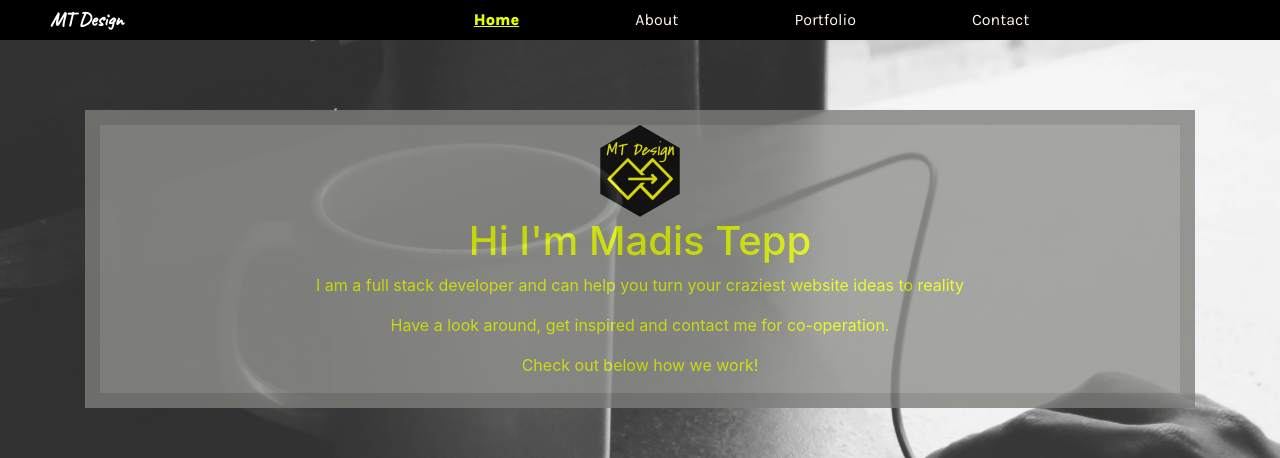
Repository: teppm/personal-portfolio
Page: index.html
The author's editor kept a record of every edit. The page is drawn from the files as they stood at one moment, then again after the next edit.
The browser window is 1280 px wide. The pictures show the part of the page from y = 0 to 458 px (the page is 1022 px tall before and 1052 px after).
Pictures or frames that could not be fetched are drawn as grey boxes. Some web libraries are served in a nearby version.

Above is the page before.

### index.html
<!DOCTYPE html>
<html lang="en">

<head>
    <meta charset="UTF-8">
    <meta name="viewport" content="width=device-width, initial-scale=1.0, shrink-to-fit=no">
    <meta http-equiv="X-UA-Compatible" content="ie=edge">
    <meta name="keywords" content="web, developer, portfolio, full stack, programmer">
    <meta name="author" content="Madis Tepp">
    <meta name="description" content="Web developer portfolio">
    <link rel="stylesheet " href="https://stackpath.bootstrapcdn.com/bootstrap/4.3.1/css/bootstrap.min.css" integrity="sha384-ggOyR0iXCbMQv3Xipma34MD+dH/1fQ784/j6cY/iJTQUOhcWr7x9JvoRxT2MZw1T" crossorigin="anonymous">
    <link href="https://fonts.googleapis.com/css?family=Karla:200,200i,400,400i,700,700i,800,800i&display=swap" rel="stylesheet">
    <link href="https://fonts.googleapis.com/css?family=Caveat&display=swap" rel="stylesheet">
    <link rel="stylesheet" href="assets/css/style.css" type="text/css"/>
    <title>Madis Tepp</title>
</head>


<body>

<!--navbar-->

<nav class="navbar navbar-expand-lg fixed-top navbar-dark">
    <a class="navbar-brand" href="index.html">MT Design</a>
    <button class="navbar-toggler" type="button" data-toggle="collapse" data-target="#navbarSupportedContent" aria-controls="navbarSupportedContent" aria-expanded="false" aria-label="Toggle navigation">
    <span class="navbar-toggler-icon"></span>
    </button>

    <div class="collapse navbar-collapse" id="navbarSupportedContent">
        <ul class="navbar-nav mx-auto">
            <li class="nav-item  active">
                <a class="nav-link" href="index.html">Home<span class="sr-only">(current)</span></a>
            </li>
            <li class="nav-item ">
                <a class="nav-link" href="aboutme.html">About</a>
            </li>
            <li class="nav-item">
                <a class="nav-link" href="portfolio.html">Portfolio</a>
            </li>
            <li class="nav-item">
                <a class="nav-link" href="contact.html">Contact</a>
            </li>
        </ul>
    </div>
</nav>

<!--navbar end-->

<!--page content, intro text + intro video-->

<section>
    <div class="container">
        <div class="row">
            <div class="col index-text-style">
                <img src="assets/images/LogoMakr_99dxlu.png"></img>
                <h1 class="index-text">Hi I'm Madis Tepp</h1>
                <p>I am a full stack developer and can help you turn your craziest website ideas to reality</p>
                <p>Have a look around, get inspired and contact me for co-operation.</p>
                <p>Check out below how we work!</p>
            </div>
        </div>
    </div>
</section>

<section>
    <row class="justify-content-center">
    <div class="embed-responsive embed-responsive-16by9 container">
    <iframe class="embed-responsive-item"  src="https://www.youtube.com/embed/pXtN4y3O35M" allow="accelerometer; autoplay; encrypted-media; gyroscope; picture-in-picture" allowfullscreen></iframe>
    </div>
    </row>
</section>



<!--page content, intro text + intro video end-->








<!--footer section starts here-->


    <footer class="footer fixed-bottom container-fluid">
        <a href="https://www.facebook.com/madis.tepp" target="_blank" title="Visit my Facebook pages"><i class="fab fa-facebook social-links"></i></a>
        <span class="sr-only ">Facebook</span>
        <a href="https://www.instagram.com/teppm/" target="_blank" title="Visit my Instagram account"><i class="fab fa-instagram social-links"></i></a>
        <span class="sr-only ">Instagram</span>
        <a href="https://www.linkedin.com/in/madis-tepp-1a0283b1/" target="_blank" title="Visit my Linkedin account"><i class="fab fa-linkedin social-links"></i></a>
        <span class="sr-only ">Linkedin</span>
        <a href="https://github.com/teppm " target="_blank" title="Visit my GitHub account"><i class="fab fa-github social-links"></i></a>
        <span class="sr-only ">GitHub</span>
        <a href="assets/images/Madis_Tepp_CV_2019.docx" target="_blank" title="Download my resume"><i class="fas fa-file-download social-links"></i></a>
        <span class="sr-only">Resume</span>
    </footer>


<!--footer section ends-->


<!--scrips-->

    <script src="https://code.jquery.com/jquery-3.2.1.slim.min.js" integrity="sha384-KJ3o2DKtIkvYIK3UENzmM7KCkRr/rE9/Qpg6aAZGJwFDMVNA/GpGFF93hXpG5KkN" crossorigin="anonymous"></script>
    <script src="https://cdnjs.cloudflare.com/ajax/libs/popper.js/1.12.9/umd/popper.min.js" integrity="sha384-ApNbgh9B+Y1QKtv3Rn7W3mgPxhU9K/ScQsAP7hUibX39j7fakFPskvXusvfa0b4Q" crossorigin="anonymous"></script>
    <script src="https://maxcdn.bootstrapcdn.com/bootstrap/4.0.0/js/bootstrap.min.js" integrity="sha384-JZR6Spejh4U02d8jOt6vLEHfe/JQGiRRSQQxSfFWpi1MquVdAyjUar5+76PVCmYl" crossorigin="anonymous"></script>
    <script src="https://kit.fontawesome.com/adecd2bab8.js"></script>
</body>
</html>

### assets/css/style.css
/*----------------------------html*/

html {
    background-image: url("../images/rayi-christian-wicaksono-6PF6DaiWz48-unsplash.jpg");
    background-repeat: no-repeat;
    background-color: black;
    background-size: cover;
    min-width: 100%;
    min-height: 100%;
    overflow-y: auto;



}

/*---------------------------------body*/

body {

    background-color: transparent;
    padding-bottom: 60px;
    padding-top: 60px;
}


/*---------------------------------navbar*/

.navbar {
    font-family: "Karla", sans-serif;
    font-weight: bolder;
    color: #FEF6EA;
    padding: 0px;
}



.navbar-dark .navbar-nav .nav-link {
    color: #FEF6EA;
    font-weight: normal;
}

.navbar-dark .navbar-nav .nav-link:hover {
    color: #E8FF00;
}

.navbar-dark .navbar-nav .active>.nav-link {
    color: #E8FF00;
    font-weight: bolder;
    text-decoration: underline;

}

.navbar-dark>.navbar-brand {
    background-color: #000000;
    margin-right: 50px;
    padding-right: 50px;
    padding-left: 50px;
    color: #E8FF00;
    font-family: "Caveat", cursive;

}

.nav-link {
    margin: 0px 50px 0px 50px;
}
.navbar.navbar-expand-lg.fixed-top.navbar-dark {
    background-color: #000000;
}


/*----------------------------------index.html page content*/

.index-text-style {
    color: #E8FF00;
    text-align: center;
    background-color: #91918E;
    opacity: 0.8;
    border: 15px solid #7D7D7A;
    margin: 0px 15px 0px 15px;
}

.embed-responsive {
    width: 70%;
    opacity: 0.9;
}

.logo {
    padding: 15px;
}


/*--------------------------------------about.html page content*/

.about,
.skills,
.work-history {
    background-color: #91918E;
    border: 15px solid #7D7D7A;
    padding-bottom: 25px;
    padding-top: 25px;
    opacity: 0.8;
    margin: 0px 15px 0px 15px;
    color: #E8FF00;




}

.about-image {
    width: 100%;
    height: 100%;
    border: 15px solid #7D7D7A;



}

.about-image-container {
    padding-left: 0px;
    padding-right: 0px;
    margin: 0px 15px 0px 15px;

}



.work-history-style {
    padding-left: 0px;
}

.about-me-p {
    margin: 0px;
    font-size: small;
    text-align: left;
    color: #E8FF00;

}

.progress {
    background-color: #E8FF00;
}

.progress-bar {
    background-color: #000000;
}

h4 {
    text-decoration: underline;
}

h6 {
    margin-top: 10px;
    margin-bottom: 0px;
}

/*---------------------------------portfolio page content*/

.works-done {
    background-color: #91918E;
    border: 15px solid #7D7D7A;
    opacity: 0.8;
    font-size: small;
    padding-bottom: 70px;
    margin: 0px 15px 0px 15px;


}

.portfolio-p {
    margin-top: 15px;
    text-align: center;
    color: #E8FF00;

}

.portfolio-image {
    width: 100%;
    height: 100%;
    padding-bottom: 35px;
}

.portfolio-heading {
    margin-bottom: 50px;
    color: #E8FF00;
    text-align: center;
}

/*---------------------------------contact page content*/

.contact-page-style {
    background-color: #91918E;
    border: 15px solid #7D7D7A;
    opacity: 0.8;


}

.contact-p {
    background-color: #91918E;
    text-align: center;
    font-weight: bold;
    opacity: 0.8;
    color: #E8FF00;
}


.btn {
    background-color: black;
    border: 15px black;
    color: #FEF6EA;
    margin: 10px;
}

.btn:hover {
    color: #E8FF00;
    background-color: black;
}


.contact-details {
    background-color: white;
    margin-top: 25px;
    margin-bottom: 35px;
    text-align: center;
    border-radius: 3px;
}

.download-resume {
    color: #FEF6EA;
    font-size: larger;
    background-color: black;
    width: 30%;
    border-radius: 3px;
    text-align: center;
    padding: 5px;


}

.download-resume:hover {
    text-decoration: none;
    color: #E8FF00;
}



.contact-list {
    padding-left: 0px;

}




/*---------------------------------footer*/

.social-links {
    color: #FEF6EA;
    font-size: large;
    transition: all;
    transition-timing-function: ease-in-out;
    margin: 15px 50px 15px 50px;


}

.social-links:hover {
    color: #E8FF00;
    text-decoration: none;


}

.footer {
    font-family: "Karla", sans-serif;
    text-align: center;
    bottom: 0px;
    background-color: #000000;

}


/*--------------------------------------list*/

li {
    list-style-type: none;
    text-align: center;
}





/*--------------------------------------img-fluid*/

.img-fluid {
    max-width: 100%;
    height: auto;
}




/*------------------------------------------container*/

.container {

    margin-top: 50px;

}



/*----------------------------------------------media query--*/

@media (max-width:767px) {
    .social-links {
        margin: 15px;
    }

}

@media (max-width:1024px) {
    .works-done {
        padding-bottom: 100px;

    }

    .contact-details-style {
        margin-left: 15px;
        margin-right: 15px;
        flex: 0px;

    }

    .embed-responsive {
        width: 90%;
    }
}

After the next edit:
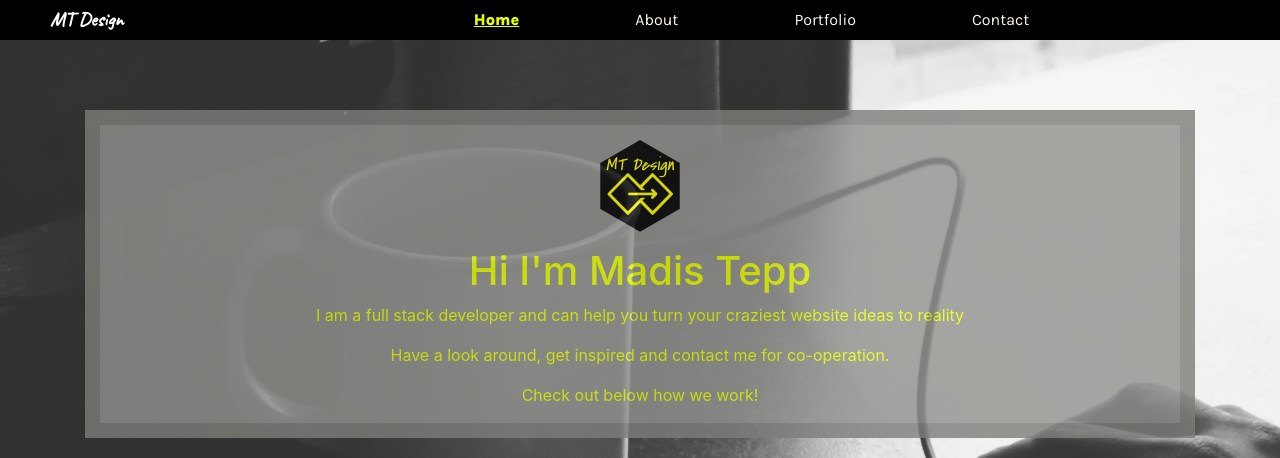
The edit:
--- a/index.html
+++ b/index.html
@@ -52,7 +52,7 @@
     <div class="container">
         <div class="row">
             <div class="col index-text-style">
-                <img src="assets/images/LogoMakr_99dxlu.png"></img>
+                <img src="assets/images/LogoMakr_99dxlu.png" class="logo"></img>
                 <h1 class="index-text">Hi I'm Madis Tepp</h1>
                 <p>I am a full stack developer and can help you turn your craziest website ideas to reality</p>
                 <p>Have a look around, get inspired and contact me for co-operation.</p>
